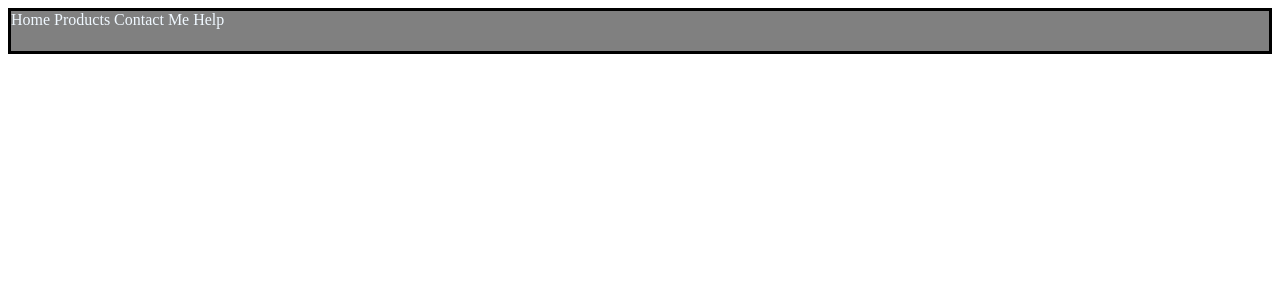
Repository: nihalani20/CSS-by-KG
Page: Practice set/Set-6/index.html
The author's editor kept a copy of each file at every save. The page is drawn from the files as they stood at one save, then again after a run of saves.
The browser window is 1280 px wide. The pictures show the whole page.

Above is the page before, as saved 2023-11-27 15:34:00.

After the next 2 saves:
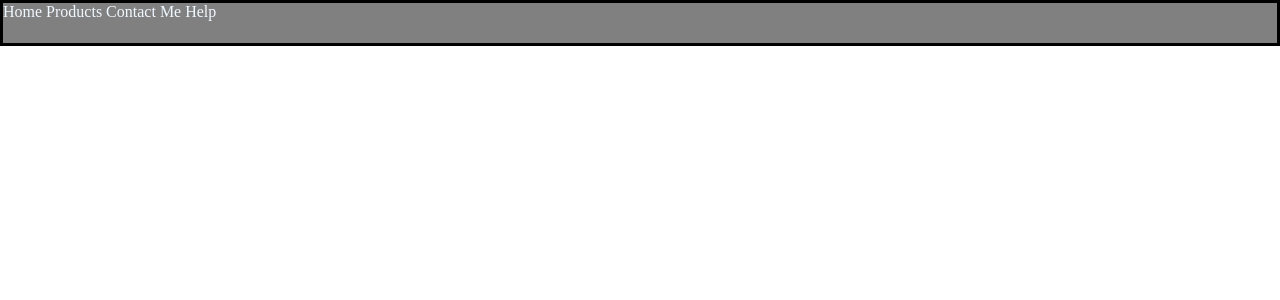
The 2 saves are shown as one change because they came seconds apart.
The last was saved 25 s later.
--- a/Practice set/Set-6/styles.css
+++ b/Practice set/Set-6/styles.css
@@ -1,5 +1,6 @@
 *{
-   margin: 0 ,  padding 0;
+margin: 0;
+   padding: 0;
 }
 nav a
 {
